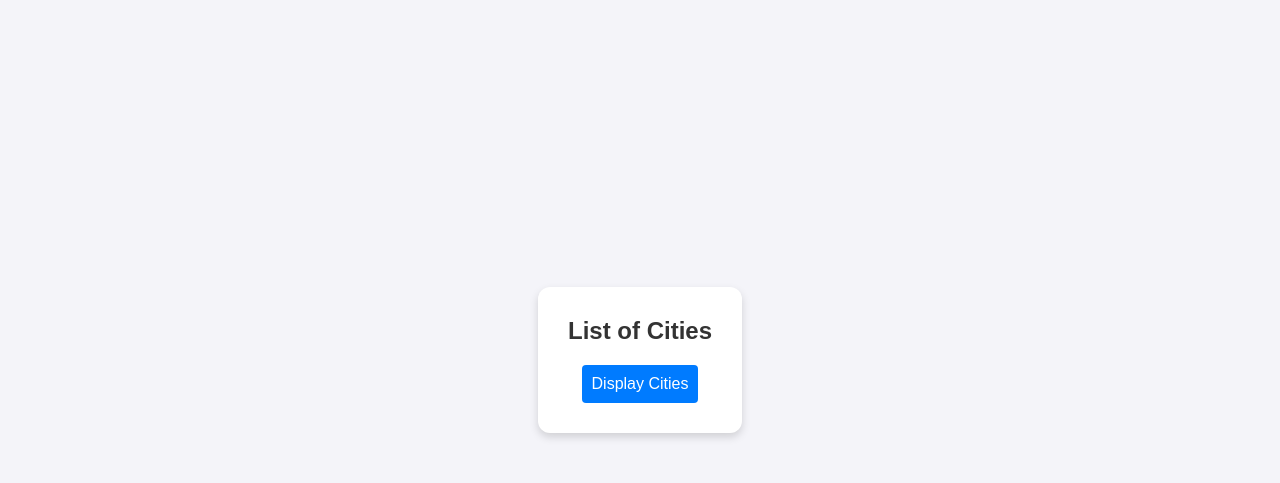
Repository: masonma21/city-list-app
Page: /
The author's editor kept a copy of each file at every save. The page is drawn from the files as they stood at one save, then again after the next save.
The browser window is 1280 px wide. The pictures show the whole page.
The project was rebuilt for these pictures with package versions that can differ from the ones it lists, and the page was loaded fresh each time.

Above is the page before, as saved 2024-11-05 14:55:51.

### src/App.js
import React, { useState, useEffect } from 'react';
import './App.css';

function App() {
  const [cities, setCities] = useState([]);
  const [loading, setLoading] = useState(false);
  const [showCities, setShowCities] = useState(false);
  const [query, setQuery] = useState('');
  const [sortKey, setSortKey] = useState('name');
  const [sortDirection, setSortDirection] = useState('ascending');

  const handleDisplayCities = () => {
    setLoading(true);
    setShowCities(false);
    fetch('https://roots.thecompernolles.com/cities.json')
      .then((response) => response.json())
      .then((data) => {
        setCities(data);
        setTimeout(() => {
          setLoading(false);
          setShowCities(true);
        }, 500);
      })
      .catch((error) => {
        console.error('Error fetching cities:', error);
        setLoading(false);
      });
  };

  const filteredCities = React.useMemo(() => {
    return cities.filter((city) => {
      return (
        city.name.toLowerCase().includes(query.toLowerCase()) ||
        city.state.toLowerCase().includes(query.toLowerCase())
      );
    });
  }, [cities, query]);

  const sortedCities = React.useMemo(() => {
    let sortableCities = [...filteredCities];
    sortableCities.sort((a, b) => {
      const aKey = a[sortKey].toLowerCase();
      const bKey = b[sortKey].toLowerCase();
      if (aKey < bKey) {
        return sortDirection === 'ascending' ? -1 : 1;
      }
      if (aKey > bKey) {
        return sortDirection === 'ascending' ? 1 : -1;
      }
      return 0;
    });
    return sortableCities;
  }, [filteredCities, sortKey, sortDirection]);

  if (loading) {
    return (
      <div className="loading-screen">
        <div className="spinner"></div>
        <h2>Loading cities...</h2>
      </div>
    );
  }

  return (
    <div className="app-container">
      {!showCities && (
        <div className="intro-container">
          <h1 className="intro-title">List of Cities</h1>
          <button className="display-button" onClick={handleDisplayCities}>
            Display Cities
          </button>
        </div>
      )}

      {showCities && (
        <div className="content-container">
          <div className="controls">
            <h1>List of Cities</h1>
            <input
              type="text"
              placeholder="Filter cities"
              value={query}
              onChange={(e) => setQuery(e.target.value)}
            />

            <div className="sort-key">
              <label>
                <input
                  type="radio"
                  value="name"
                  checked={sortKey === 'name'}
                  onChange={(e) => setSortKey(e.target.value)}
                />
                Name
              </label>
              <label>
                <input
                  type="radio"
                  value="state"
                  checked={sortKey === 'state'}
                  onChange={(e) => setSortKey(e.target.value)}
                />
                State
              </label>
            </div>

            <button onClick={() => setSortDirection(sortDirection === 'ascending' ? 'descending' : 'ascending')}>
              Sort {sortDirection === 'ascending' ? 'Descending' : 'Ascending'}
            </button>
          </div>

          <div className="city-table-container">
            <table className="city-table">
              <thead>
                <tr>
                  <th>City</th>
                  <th>State</th>
                </tr>
              </thead>
              <tbody>
                {sortedCities.map((city) => (
                  <tr key={city.id}>
                    <td>{city.name}</td>
                    <td>{city.state}</td>
                  </tr>
                ))}
              </tbody>
            </table>
          </div>
        </div>
      )}
    </div>
  );
}

export default App;

### src/App.css
/* App.css */

body {
  font-family: Arial, sans-serif;
  background-color: #f4f4f9;
  margin: 0;
  display: flex;
  align-items: center;
  justify-content: center;
  height: 100vh;
}

.app-container {
  text-align: center;
}

.intro-container {
  display: flex;
  flex-direction: column;
  align-items: center;
  gap: 20px;
  background-color: #ffffff;
  padding: 30px;
  border-radius: 12px;
  box-shadow: 0 4px 8px rgba(0, 0, 0, 0.15);
}

.intro-title {
  font-size: 24px;
  color: #333333;
  margin: 0;
}

.loading-screen {
  display: flex;
  justify-content: center;
  align-items: center;
  height: 100vh;
  font-size: 24px;
  color: #007bff;
  background-color: #f4f4f9;
}

.spinner {
  width: 50px;
  height: 50px;
  border: 6px solid #f3f3f3;
  border-top: 6px solid #007bff;
  border-radius: 50%;
  animation: spin 1s linear infinite;
  margin-bottom: 20px;
}

@keyframes spin {
  0% {
    transform: rotate(0deg);
  }
  100% {
    transform: rotate(360deg);
  }
}

.content-container {
  display: flex;
  gap: 30px;
  max-width: 800px;
  background-color: #ffffff;
  padding: 30px;
  border-radius: 12px;
  box-shadow: 0 4px 8px rgba(0, 0, 0, 0.15);
}

.controls {
  flex: 1;
  display: flex;
  flex-direction: column;
  justify-content: center;
  gap: 15px;
}

.controls h1 {
  font-size: 24px;
  color: #333;
  margin-bottom: 10px;
  text-align: left;
}

input[type="text"] {
  width: 100%;
  padding: 10px 12px;
  font-size: 16px;
  border: 1px solid #ccc;
  border-radius: 4px;
  margin-bottom: 10px;
}

.sort-key {
  display: flex;
  gap: 10px;
  font-size: 16px;
}

.sort-key label {
  color: #555;
}

button {
  padding: 10px;
  font-size: 16px;
  color: #ffffff;
  background-color: #007bff;
  border: none;
  border-radius: 4px;
  cursor:
}

Loaded but not shown: public/index.html (common file); src/index.js (common file); src/index.css (common file); src/reportWebVitals.js (common file)

After the next save:
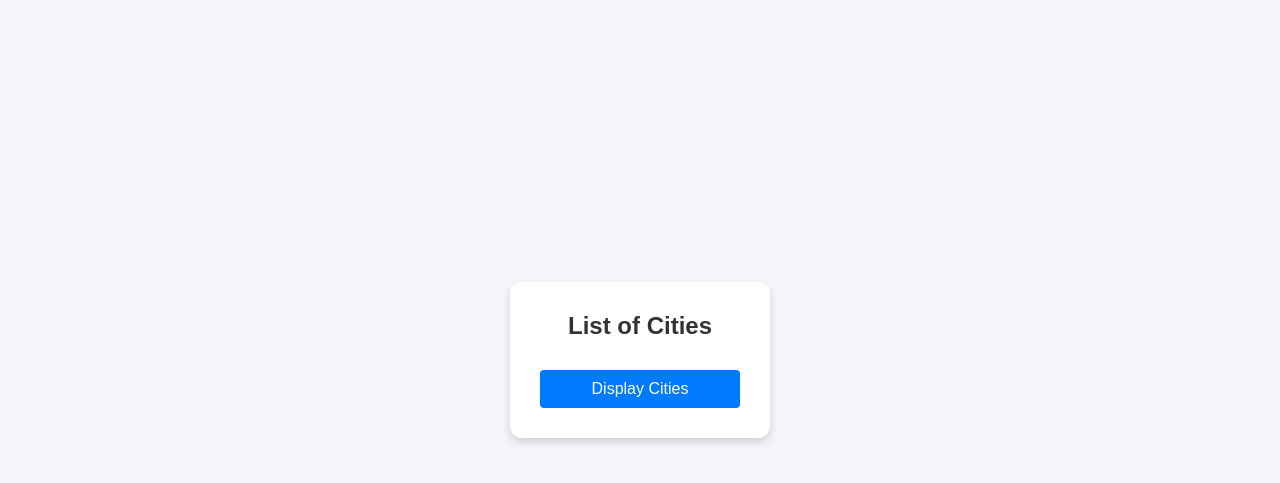
Saved 43 s later.
--- a/src/App.css
+++ b/src/App.css
@@ -111,5 +111,60 @@ button {
   background-color: #007bff;
   border: none;
   border-radius: 4px;
-  cursor:
+  cursor: pointer;
+  transition: background-color 0.3s ease;
+  width: 100%;
 }
+
+button:hover {
+  background-color: #0056b3;
+}
+
+.city-table-container {
+  flex: 1;
+  display: flex;
+  justify-content: center;
+}
+
+.city-table {
+  width: 100%;
+  border-collapse: collapse;
+}
+
+.city-table th,
+.city-table td {
+  border: 1px solid #ddd;
+  padding: 12px;
+  font-size: 18px;
+  text-align: left;
+}
+
+.city-table th {
+  background-color: #007bff;
+  color: #ffffff;
+}
+
+.city-table tr:nth-child(even) {
+  background-color: #f9f9f9;
+}
+
+.city-table tr:hover {
+  background-color: #f1f1f1;
+}
+
+.display-button {
+  padding: 10px 20px;
+  font-size: 16px;
+  color: #ffffff;
+  background-color: #007bff;
+  border: none;
+  border-radius: 4px;
+  cursor: pointer;
+  transition: background-color 0.3s ease;
+  margin-top: 10px;
+  width: 200px;
+}
+
+.display-button:hover {
+  background-color: #0056b3;
+}
